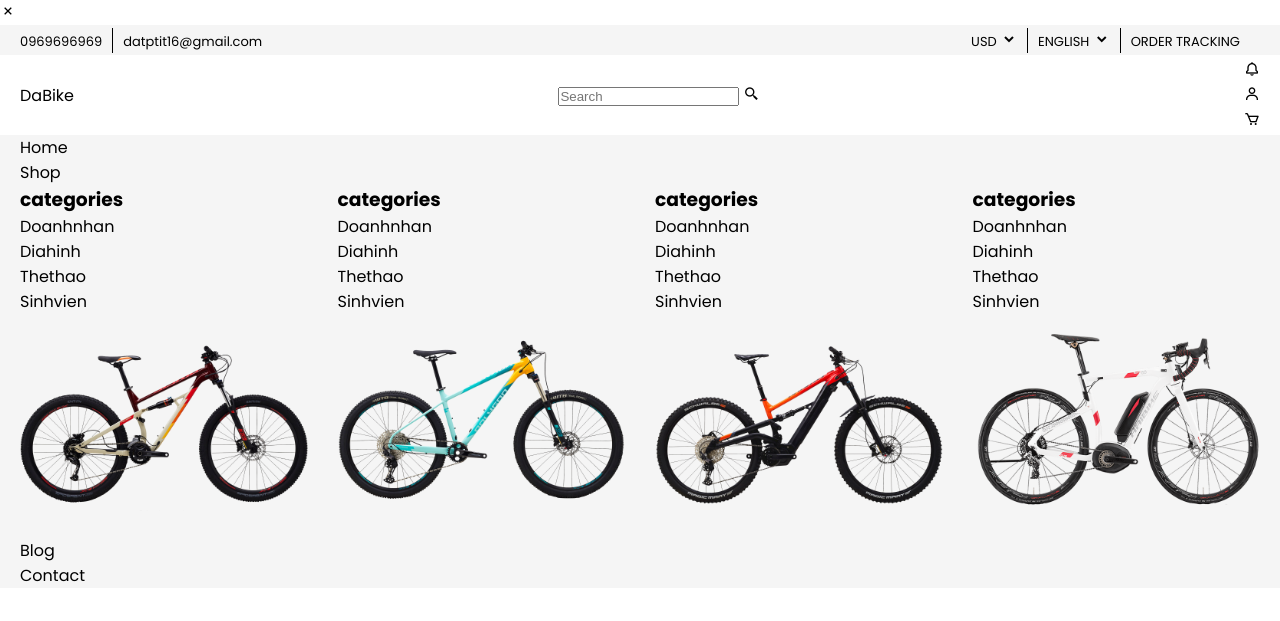
Repository: Datt21/DacMaxx
Page: index.html
An editor plug-in stored every save of this project. The page is shown before and after the next save, followed by the edit.
The browser window is 1280 px wide. The pictures show the whole page.

Above is the page before, as saved 2021-07-05 00:58:19.

After the next save:
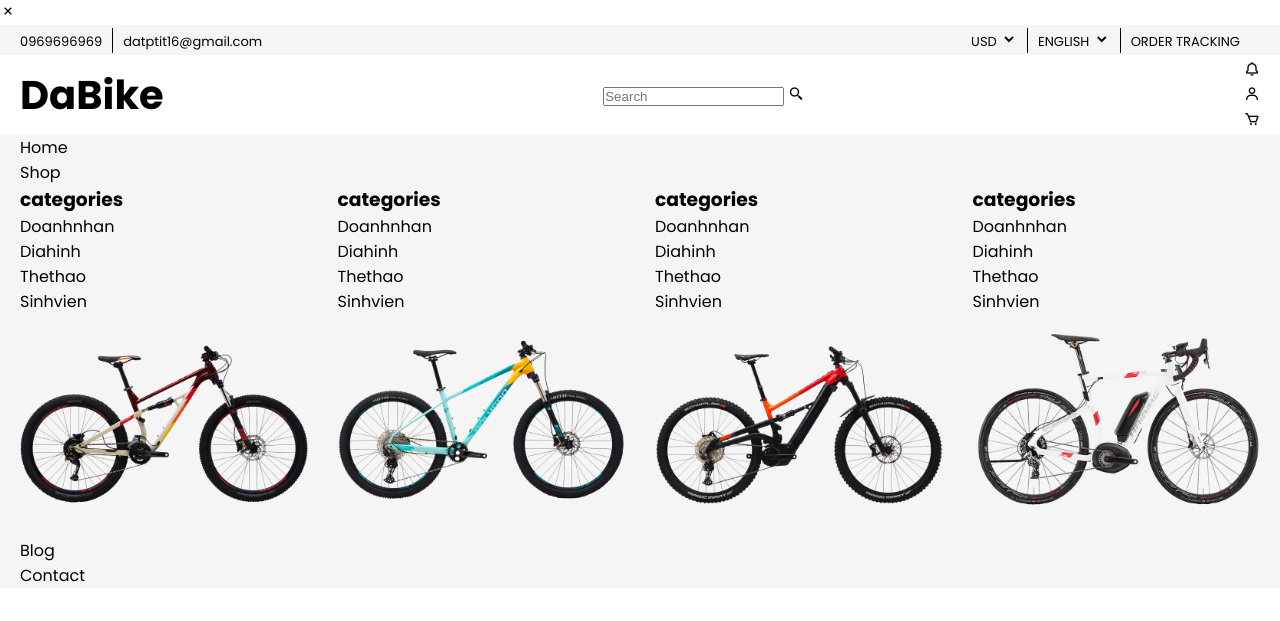
Saved 89 s later.
--- a/css/app.css
+++ b/css/app.css
@@ -139,3 +139,13 @@
     height: 80px;
     background-color: var(--main-bg-color);
 }
+
+.logo{
+    font-size: 40px;
+    font-weight: 700;
+}
+
+.mb-logo{
+    font-size: 25px;
+    font-weight: 700;
+}
